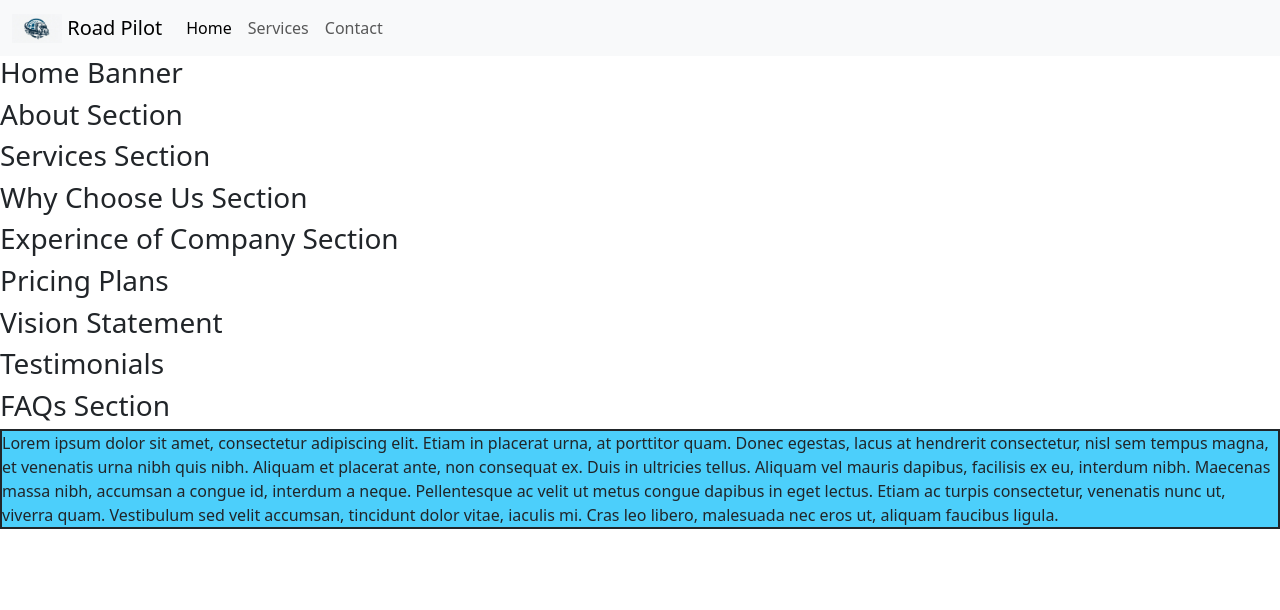
Repository: VictoriousMango/WebCreator
Page: index.html
An editor plug-in stored every save of this project. The page is shown before and after the next save, followed by the edit.
The browser window is 1280 px wide. The pictures show the whole page.

Above is the page before, as saved 2024-11-09 13:38:33.

After the next save:
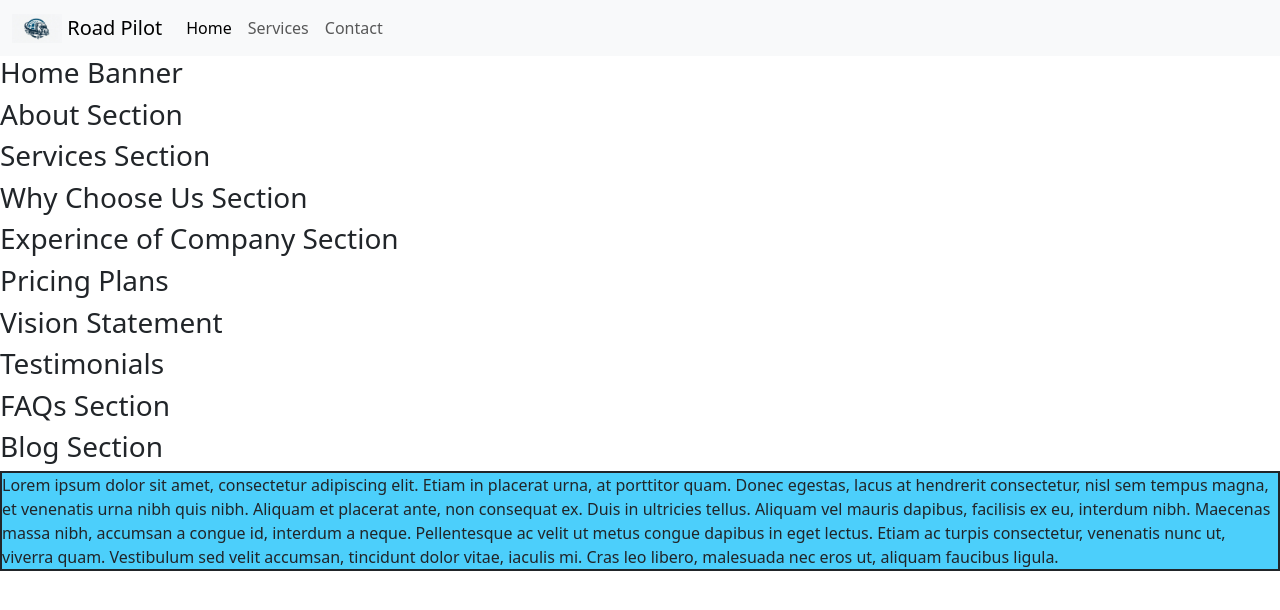
Saved 5 s later.
--- a/index.html
+++ b/index.html
@@ -67,7 +67,7 @@
             <h3>FAQs Section</h3>
         </div>
         <div class="blog">
-            <h3></h3>
+            <h3>Blog Section</h3>
         </div>
     </main>
     <footer>
